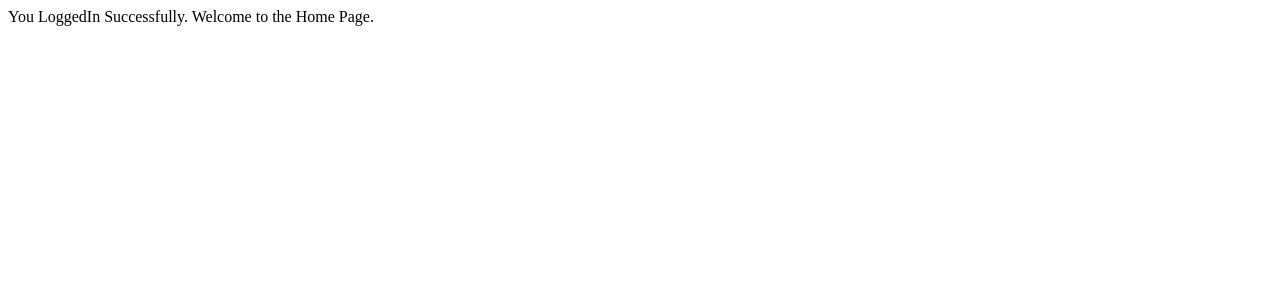
Repository: msibgathulla9980/Servlet
Page: LoginRegistrationApp/WebContent/Welcome.html
An editor plug-in stored every save of this project. The page is shown before and after the next save, followed by the edit.
The browser window is 1280 px wide. The pictures show the whole page.

Above is the page before, as saved 2019-01-23 03:23:01.

After the next save:
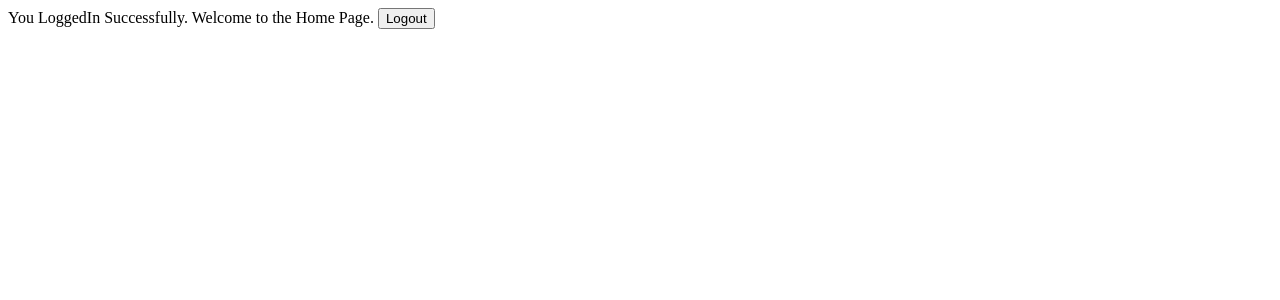
Saved 43 s later.
--- a/LoginRegistrationApp/WebContent/Welcome.html
+++ b/LoginRegistrationApp/WebContent/Welcome.html
@@ -7,5 +7,6 @@
 <body>
 You LoggedIn Successfully.
 Welcome to the Home Page.
+<input type="submit" value ="Logout">
 </body>
 </html>
